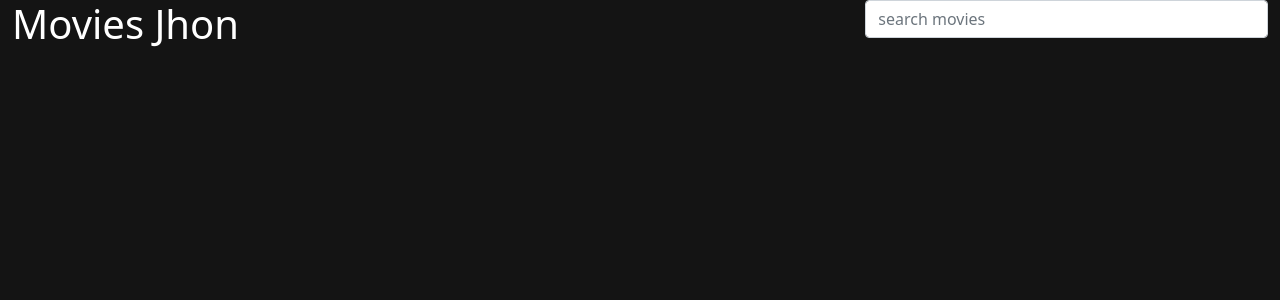
Repository: jhonenmanuel1/movies-get-info-fetch
Page: /
These files come from the project's save history. The page is drawn as it stood at one moment and after the next save; the edit follows.
The browser window is 1280 px wide. The pictures show the whole page.
The page's requests for data from a server got no answer. The project was rebuilt for these pictures with package versions that can differ from the ones it lists, and the page was loaded fresh each time. No one was signed in, and anything a server would have sent is missing.

Above is the page before, as saved 2022-06-19 21:46:41.

After the next save:
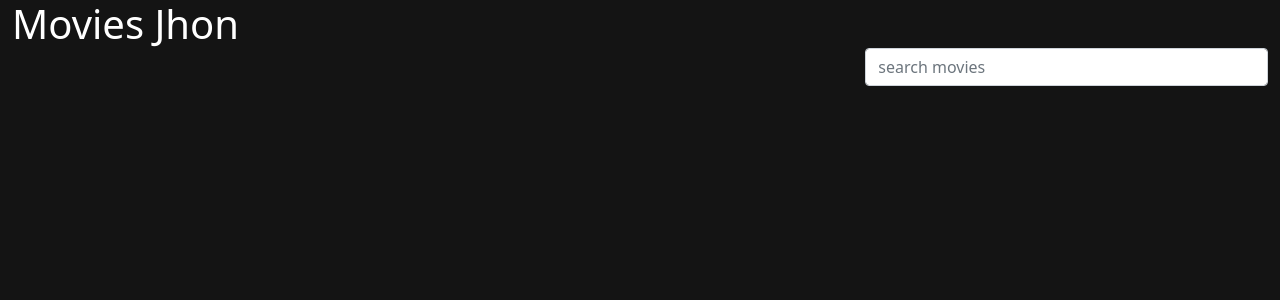
Saved 19 s later.
--- a/src/components/searchbox.js
+++ b/src/components/searchbox.js
@@ -2,7 +2,7 @@ import React from "react";
 
 export default function SearchBox() {
   return (
-    <div className="col col-sm-4">
+    <div className="col col-sm-4 mt-5">
       <input className="form-control" placeholder="search movies"></input>
     </div>
   );
